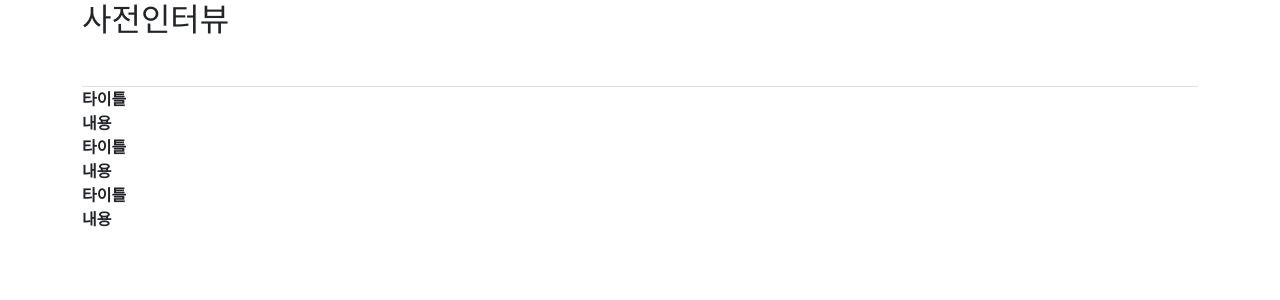
Repository: shin-eekk/js_study
Page: faq.html
The author's editor kept a copy of each file at every save. The page is drawn from the files as they stood at one save, then again after a run of saves.
The browser window is 1280 px wide. The pictures show the whole page.
The style sheet was rebuilt from its Sass, Less or Tailwind sources for each picture, by a compiler version that may differ from the author's.

Above is the page before, as saved 2025-03-12 10:08:50.

After the next 3 saves:
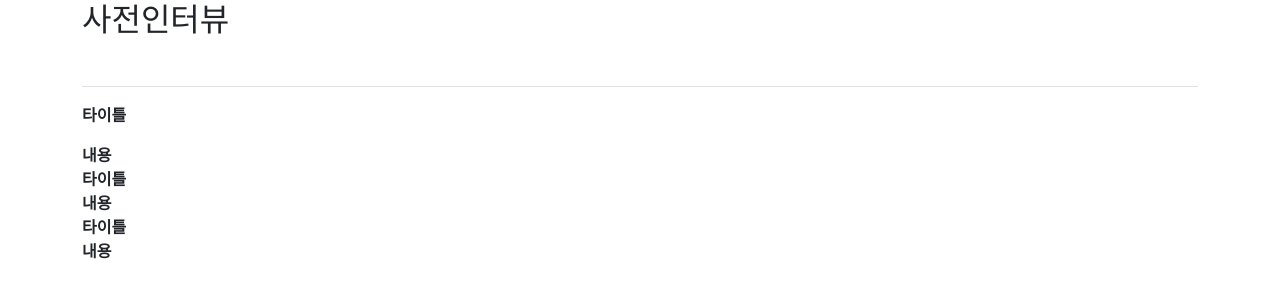
The 3 saves are shown as one change because they came seconds apart.
The last was saved 9 s later.
--- a/faq.html
+++ b/faq.html
@@ -15,8 +15,8 @@
         <div class="container d-flex gap-5 flex-column justify-content-center">
             <h2>사전인터뷰</h2>
             <dl>
-                <dt class="border-top py">타이틀</dt>
-                <dt>내용</dt>
+                <dt class="border-top py-3">타이틀</dt>
+                <dt class="bor">내용</dt>
                 <dt>타이틀</dt>
                 <dt>내용</dt>
                 <dt>타이틀</dt>
